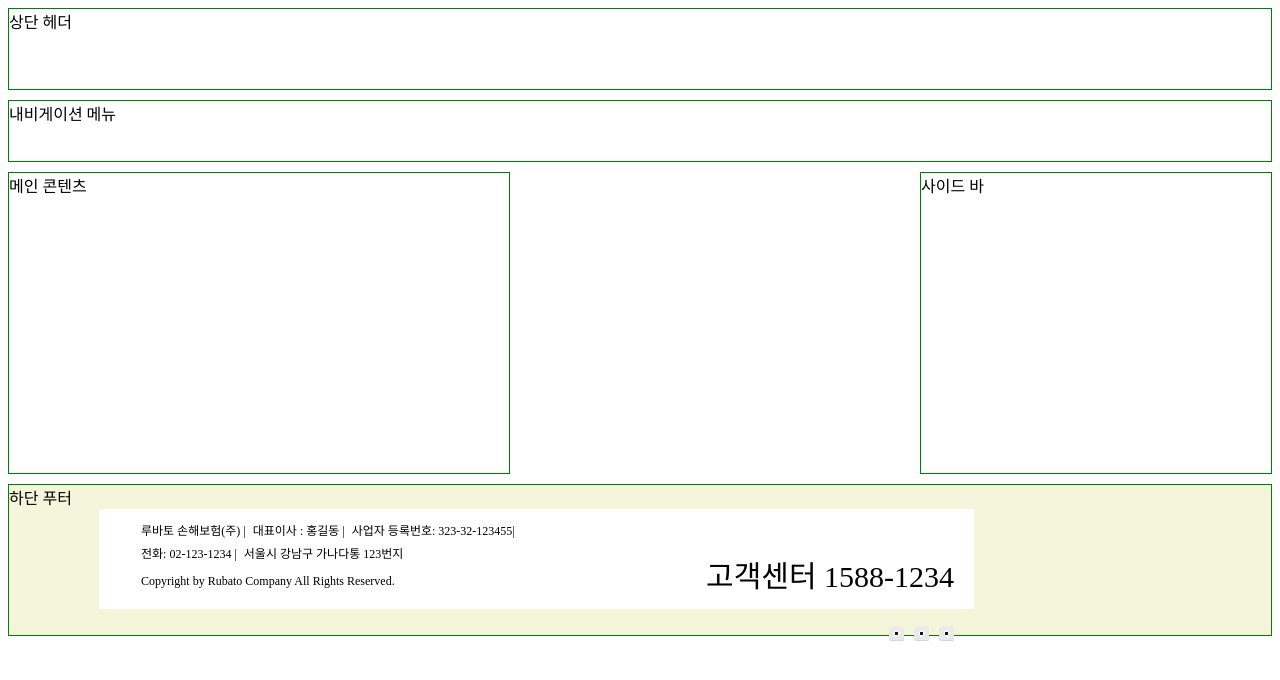
Repository: woosungtae/html_css
Page: pro01/public/a3.html
These files come from the project's save history. The page is drawn as it stood at one moment and after the next save; the edit follows.
The browser window is 1280 px wide. The pictures show the whole page.

Above is the page before, as saved 2022-12-14 05:46:15.

After the next save:
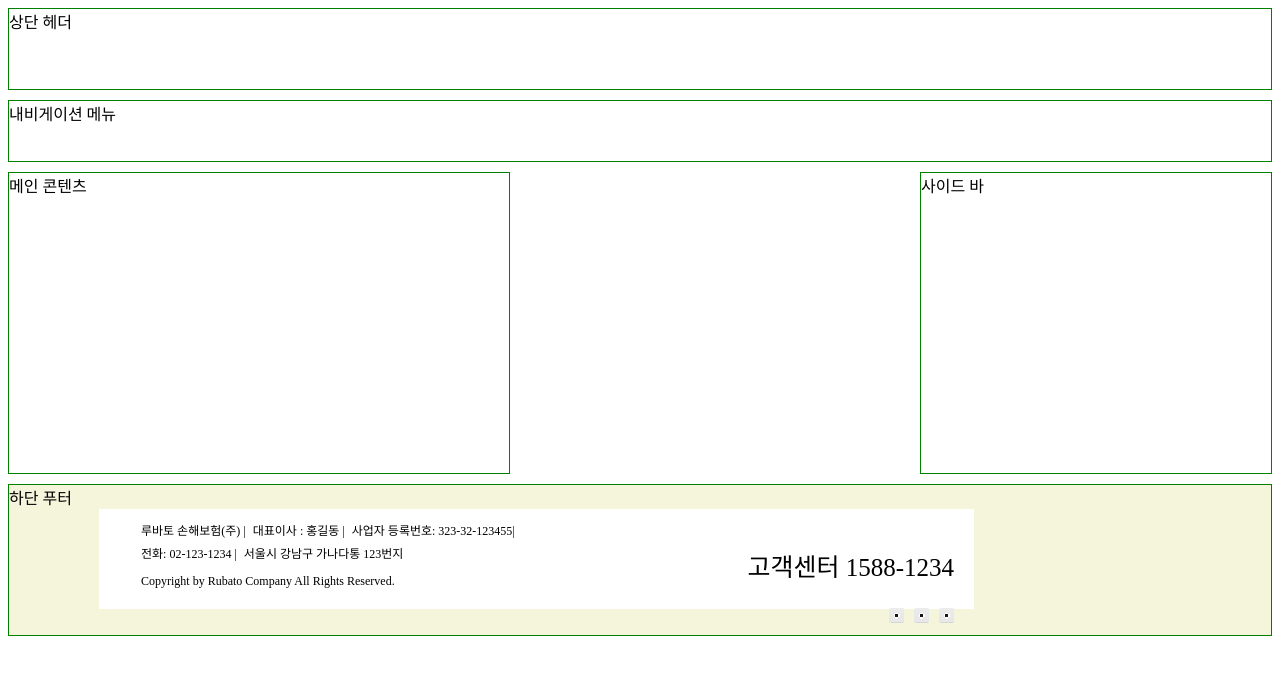
Saved 3 s later.
--- a/pro01/public/a3.html
+++ b/pro01/public/a3.html
@@ -26,7 +26,7 @@
      float: right;
      margin-top:-40px;
      margin-right:20px;
-     font-size:30px;
+     font-size:25px;
 
         }
      nav {
